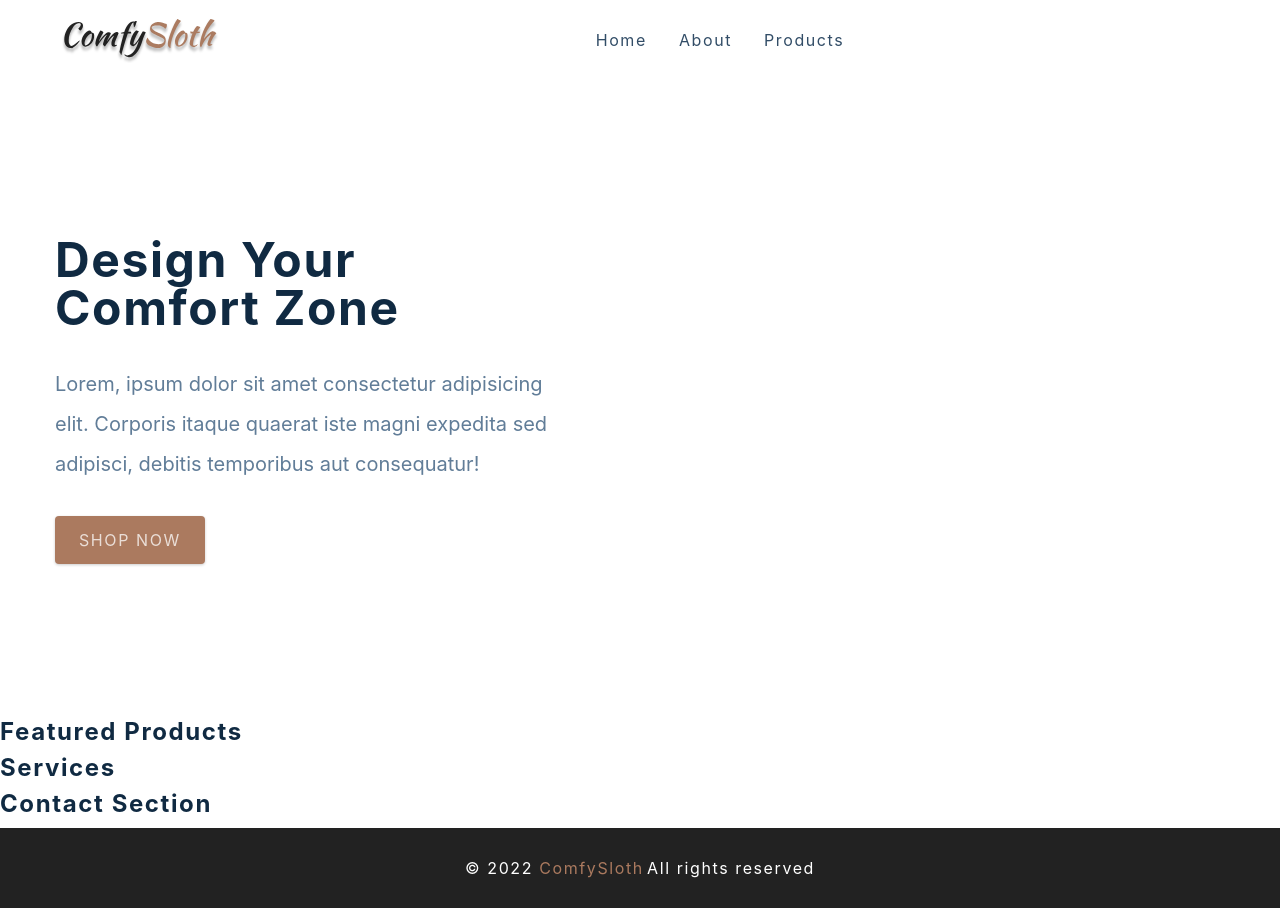
Repository: MateuszWorek/react-comfy-store
Page: /
An editor plug-in stored every save of this project. The page is shown before and after the next save, followed by the edit.
The browser window is 1280 px wide. The pictures show the whole page.
The project was rebuilt for these pictures with package versions that can differ from the ones it lists, and the page was loaded fresh each time. A package was used in the major version that the imports need, not the one package.json lists. Also part of the build but not shown: src/utils/constants.js, src/components/Error.js, src/components/Loading.js, src/utils/helpers.js, src/components/Product.js, src/reducers/cart_reducer.js, src/context/cart_context.js, src/context/user_context.js and 23 more. Imported but missing from the stored project, and not drawn on this page: src/components/AmountButtons.

Above is the page before, as saved 2022-07-13 21:58:02.

### src/index.js
import React from 'react';
import ReactDOM from 'react-dom';
import './index.css';
import App from './App';
import { ProductsProvider } from './context/products_context';
import { FilterProvider } from './context/filter_context';
import { CartProvider } from './context/cart_context';
import { UserProvider } from './context/user_context';
import { Auth0Provider } from '@auth0/auth0-react';

ReactDOM.render(
  <ProductsProvider>
    <App />
  </ProductsProvider>,
  document.getElementById('root')
);

### src/App.js
import React from 'react';
import { BrowserRouter as Router, Switch, Route } from 'react-router-dom';
import { Navbar, Sidebar, Footer } from './components';
import {
  Home,
  SingleProduct,
  Cart,
  Checkout,
  Error,
  About,
  Products,
  PrivateRoute,
} from './pages';

function App() {
  return (
    <Router>
      <Navbar />
      <Sidebar />
      <Switch>
        <Route exact path='/'>
          <Home />
        </Route>
        <Route exact path='/about'>
          <About />
        </Route>
        <Route exact path='cart'>
          <Cart />
        </Route>
        <Route exact path='/products'>
          <Products />
        </Route>
        <Route exact path='/products/:id' children={<SingleProduct />} />
        <Route exact path='/checkout'>
          <Checkout />
        </Route>
        <Route exact path='*'>
          <Error />
        </Route>
      </Switch>
      <Footer />
    </Router>
  );
}

export default App;

### src/context/products_context.js
import axios from 'axios';
import React, { useContext, useEffect, useReducer } from 'react';
import reducer from '../reducers/products_reducer';
import { products_url as url } from '../utils/constants';
import {
  SIDEBAR_OPEN,
  SIDEBAR_CLOSE,
  GET_PRODUCTS_BEGIN,
  GET_PRODUCTS_SUCCESS,
  GET_PRODUCTS_ERROR,
  GET_SINGLE_PRODUCT_BEGIN,
  GET_SINGLE_PRODUCT_SUCCESS,
  GET_SINGLE_PRODUCT_ERROR,
} from '../actions';

const initialState = {
  isSidebarOpen: false,
};

const ProductsContext = React.createContext();

export const ProductsProvider = ({ children }) => {
  const [state, dispatch] = useReducer(reducer, initialState);
  const openSidebar = () => {
    // dispatch({ type: 'SIDEBAR_OPEN' });
    dispatch({ type: SIDEBAR_OPEN });
  };
  const closeSidebar = () => {
    // dispatch({ type: 'SIDEBAR_CLOSE' });
    dispatch({ type: SIDEBAR_CLOSE });
  };

  // useEffect(() => {
  //   openSidebar();
  // }, []);

  return (
    // <ProductsContext.Provider value='products context'>
    //   {children}
    // </ProductsContext.Provider>
    <ProductsContext.Provider value={{ ...state, openSidebar, closeSidebar }}>
      {children}
    </ProductsContext.Provider>
  );
};
// make sure use
export const useProductsContext = () => {
  return useContext(ProductsContext);
};

### src/components/index.js
import FeaturedProducts from './FeaturedProducts'
import Navbar from './Navbar'
import CartButtons from './CartButtons'
import Footer from './Footer'
import Sidebar from './Sidebar'
import Hero from './Hero'
import Services from './Services'
import Contact from './Contact'
import Loading from './Loading'
import Error from './Error'
import ProductImages from './ProductImages'
import AddToCart from './AddToCart'
import Filters from './Filters'
import ProductList from './ProductList'
import Sort from './Sort'
import Stars from './Stars'
import CartContent from './CarContent'
import PageHero from './PageHero'
import StripeCheckout from './StripeCheckout'
export {
  FeaturedProducts,
  Navbar,
  CartButtons,
  Footer,
  Sidebar,
  Hero,
  Services,
  Contact,
  Loading,
  Error,
  ProductImages,
  AddToCart,
  Filters,
  ProductList,
  Sort,
  Stars,
  CartContent,
  PageHero,
  StripeCheckout,
}

### src/pages/index.js
import Home from './HomePage';
import Products from './ProductsPage';
import SingleProduct from './SingleProductPage';
import About from './AboutPage';
import Cart from './CartPage';
import Error from './ErrorPage';
import Checkout from './CheckoutPage';
import PrivateRoute from './PrivateRoute';

export {
  Home,
  Products,
  SingleProduct,
  About,
  Cart,
  Error,
  Checkout,
  PrivateRoute,
};

### src/reducers/products_reducer.js
import {
  SIDEBAR_OPEN,
  SIDEBAR_CLOSE,
  GET_PRODUCTS_BEGIN,
  GET_PRODUCTS_SUCCESS,
  GET_PRODUCTS_ERROR,
  GET_SINGLE_PRODUCT_BEGIN,
  GET_SINGLE_PRODUCT_SUCCESS,
  GET_SINGLE_PRODUCT_ERROR,
} from '../actions';

const products_reducer = (state, action) => {
  if (action.type === SIDEBAR_OPEN) {
    // console.log(state);
    return { ...state, isSidebarOpen: true };
  }
  if (action.type === SIDEBAR_CLOSE) {
    // console.log(state);
    return { ...state, isSidebarOpen: false };
  }
  return state;
  throw new Error(`No Matching "${action.type}" - action type`);
};

export default products_reducer;

### src/actions.js
export const SIDEBAR_OPEN = 'SIDEBAR_OPEN'
export const SIDEBAR_CLOSE = 'SIDEBAR_CLOSE'
export const GET_PRODUCTS_BEGIN = 'GET_PRODUCTS_BEGIN'
export const GET_PRODUCTS_SUCCESS = 'GET_PRODUCTS_SUCCESS'
export const GET_PRODUCTS_ERROR = 'GET_PRODUCTS_ERROR'
export const GET_SINGLE_PRODUCT_BEGIN = 'GET_SINGLE_PRODUCT_BEGIN'
export const GET_SINGLE_PRODUCT_SUCCESS = 'GET_SINGLE_PRODUCT_SUCCESS'
export const GET_SINGLE_PRODUCT_ERROR = 'GET_SINGLE_PRODUCT_ERROR'
export const LOAD_PRODUCTS = 'LOAD_PRODUCTS'
export const SET_GRIDVIEW = 'SET_GRIDVIEW'
export const SET_LISTVIEW = 'SET_LISTVIEW'
export const UPDATE_SORT = 'UPDATE_SORT'
export const SORT_PRODUCTS = 'SORT_PRODUCTS'
export const UPDATE_FILTERS = 'UPDATE_FILTERS'
export const FILTER_PRODUCTS = 'FILTER_PRODUCTS'
export const CLEAR_FILTERS = 'CLEAR_FILTERS'
export const ADD_TO_CART = 'ADD_TO_CART'
export const REMOVE_CART_ITEM = 'REMOVE_CART_ITEM'
export const TOGGLE_CART_ITEM_AMOUNT = 'TOGGLE_CART_ITEM_AMOUNT'
export const CLEAR_CART = 'CLEAR_CART'
export const COUNT_CART_TOTALS = 'COUNT_CART_TOTALS'

### src/components/FeaturedProducts.js
import React from 'react'
import { useProductsContext } from '../context/products_context'
import { Link } from 'react-router-dom'
import styled from 'styled-components'
import Error from './Error'
import Loading from './Loading'
import Product from './Product'

const FeaturedProducts = () => {
  return <h4>featured products</h4>
}

const Wrapper = styled.section`
  background: var(--clr-grey-10);
  .featured {
    margin: 4rem auto;
    display: grid;
    gap: 2.5rem;
    img {
      height: 225px;
    }
  }
  .btn {
    display: block;
    width: 148px;
    margin: 0 auto;
    text-align: center;
  }
  @media (min-width: 576px) {
    .featured {
      grid-template-columns: repeat(auto-fit, minmax(360px, 1fr));
    }
  }
`

export default FeaturedProducts

### src/components/Navbar.js
import React from 'react';
import styled from 'styled-components';
import logo from '../assets/logo.svg';
import { FaBars } from 'react-icons/fa';
import { Link } from 'react-router-dom';
import { links } from '../utils/constants';
import CartButtons from './CartButtons';
import { useProductsContext } from '../context/products_context';
import { useUserContext } from '../context/user_context';

const Nav = () => {
  const { openSidebar } = useProductsContext();
  return (
    <NavContainer>
      <div className='nav-center'>
        <div className='nav-header'>
          <Link to='/'>
            <img src={logo} alt='comfy sloth' />
          </Link>
          <button type='buttton' className='nav-toggle' onClick={openSidebar}>
            <FaBars />
          </button>
        </div>
        <ul className='nav-links'>
          {links.map((link) => {
            const { id, text, url } = link;
            return (
              <li key={id}>
                <Link to={url}>{text}</Link>
              </li>
            );
          })}
        </ul>
      </div>
    </NavContainer>
  );
};

const NavContainer = styled.nav`
  height: 5rem;
  display: flex;
  align-items: center;
  justify-content: center;

  .nav-center {
    width: 90vw;
    margin: 0 auto;
    max-width: var(--max-width);
  }
  .nav-header {
    display: flex;
    align-items: center;
    justify-content: space-between;
    img {
      width: 175px;
      margin-left: -15px;
    }
  }
  .nav-toggle {
    background: transparent;
    border: transparent;
    color: var(--clr-primary-5);
    cursor: pointer;
    svg {
      font-size: 2rem;
    }
  }
  .nav-links {
    display: none;
  }
  .cart-btn-wrapper {
    display: none;
  }
  @media (min-width: 992px) {
    .nav-toggle {
      display: none;
    }
    .nav-center {
      display: grid;
      grid-template-columns: auto 1fr auto;
      align-items: center;
    }
    .nav-links {
      display: flex;
      justify-content: center;
      li {
        margin: 0 0.5rem;
      }
      a {
        color: var(--clr-grey-3);
        font-size: 1rem;
        text-transform: capitalize;
        letter-spacing: var(--spacing);
        padding: 0.5rem;
        &:hover {
          border-bottom: 2px solid var(--clr-primary-7);
        }
      }
    }
    .cart-btn-wrapper {
      display: grid;
    }
  }
`;

export default Nav;

### src/components/CartButtons.js
import React from 'react';
import { FaShoppingCart, FaUserMinus, FaUserPlus } from 'react-icons/fa';
import { Link } from 'react-router-dom';
import styled from 'styled-components';
import { useProductsContext } from '../context/products_context';
import { useCartContext } from '../context/cart_context';
import { useUserContext } from '../context/user_context';

const CartButtons = () => {
  const { closeSidebar } = useProductsContext();

  return (
    <Wrapper className='cart-btn-wrapper'>
      <Link to='/cart' className='cart-btn' onClick={closeSidebar}>
        Cart{' '}
        <span className='cart-container'>
          <FaShoppingCart />
          <span className='cart-value'>12</span>
        </span>
      </Link>
      <button type='button' className='auth-btn'>
        Login <FaUserPlus />
      </button>
    </Wrapper>
  );
};

const Wrapper = styled.div`
  display: grid;
  grid-template-columns: 1fr 1fr;
  align-items: center;
  width: 225px;

  .cart-btn {
    color: var(--clr-grey-1);
    font-size: 1.5rem;
    letter-spacing: var(--spacing);
    color: var(--clr-grey-1);
    display: flex;

    align-items: center;
  }
  .cart-container {
    display: flex;
    align-items: center;
    position: relative;
    svg {
      height: 1.6rem;
      margin-left: 5px;
    }
  }
  .cart-value {
    position: absolute;
    top: -10px;
    right: -16px;
    background: var(--clr-primary-5);
    width: 16px;
    height: 16px;
    display: flex;
    align-items: center;
    justify-content: center;
    border-radius: 50%;
    font-size: 0.75rem;
    color: var(--clr-white);
    padding: 12px;
  }
  .auth-btn {
    display: flex;
    align-items: center;
    background: transparent;
    border-color: transparent;
    font-size: 1.5rem;
    cursor: pointer;
    color: var(--clr-grey-1);
    letter-spacing: var(--spacing);
    svg {
      margin-left: 5px;
    }
  }
`;
export default CartButtons;

### src/components/Footer.js
import React from 'react';
import styled from 'styled-components';
const Footer = () => {
  return (
    <Wrapper>
      <h5>
        &copy; {new Date().getFullYear()}
        <span> ComfySloth</span>
      </h5>
      <h5>All rights reserved</h5>
    </Wrapper>
  );
};

const Wrapper = styled.footer`
  height: 5rem;
  display: flex;
  flex-direction: column;
  justify-content: center;
  align-items: center;
  background: var(--clr-black);
  text-align: center;
  span {
    color: var(--clr-primary-5);
  }
  h5 {
    color: var(--clr-white);
    margin: 0.1rem;

    font-weight: 400;
    text-transform: none;
    line-height: 1.25;
  }
  @media (min-width: 776px) {
    flex-direction: row;
  }
`;

export default Footer;

### src/components/Sidebar.js
import React from 'react';
import logo from '../assets/logo.svg';
import { Link } from 'react-router-dom';
import { useProductsContext } from '../context/products_context';
import { FaTimes } from 'react-icons/fa';
import { links } from '../utils/constants';
import styled from 'styled-components';
import CartButtons from './CartButtons';
import { useUserContext } from '../context/user_context';

const Sidebar = () => {
  const { isSidebarOpen, closeSidebar } = useProductsContext();

  return (
    <SidebarContainer>
      <aside
        className={`${isSidebarOpen ? 'sidebar show-sidebar' : 'sidebar'}`}
      >
        <div className='sidebar-header'>
          <img src={logo} className='logo' alt='comfy sloth' />
          <button type='button' className='close-btn' onClick={closeSidebar}>
            <FaTimes />
          </button>
        </div>
        <ul className='links'>
          {links.map(({ id, text, url }) => {
            return (
              <li key={id}>
                <Link to={url} onClick={closeSidebar}>
                  {text}
                </Link>
              </li>
            );
          })}
          <li>
            <Link to='checkout' onClick={closeSidebar}>
              checkout
            </Link>
          </li>
        </ul>
        <CartButtons />
      </aside>
    </SidebarContainer>
  );
};

const SidebarContainer = styled.div`
  text-align: center;
  .sidebar-header {
    display: flex;
    justify-content: space-between;
    align-items: center;
    padding: 1rem 1.5rem;
  }
  .close-btn {
    font-size: 2rem;
    background: transparent;
    border-color: transparent;
    color: var(--clr-primary-5);
    transition: var(--transition);
    cursor: pointer;
    color: var(--clr-red-dark);
    margin-top: 0.2rem;
  }
  .close-btn:hover {
    color: var(--clr-red-light);
  }
  .logo {
    justify-self: center;
    height: 45px;
  }
  .links {
    margin-bottom: 2rem;
  }
  .links a {
    display: block;
    text-align: left;
    font-size: 1rem;
    text-transform: capitalize;
    padding: 1rem 1.5rem;
    color: var(--clr-grey-3);
    transition: var(--transition);
    letter-spacing: var(--spacing);
  }

  .links a:hover {
    padding: 1rem 1.5rem;
    padding-left: 2rem;
    background: var(--clr-grey-10);
    color: var(--clr-grey-2);
  }

  .sidebar {
    position: fixed;
    top: 0;
    left: 0;
    width: 100%;
    height: 100%;
    background: var(--clr-white);
    transition: var(--transition);
    transform: translate(-100%);
    z-index: -1;
  }
  .show-sidebar {
    transform: translate(0);
    z-index: 999;
  }
  .cart-btn-wrapper {
    margin: 2rem auto;
  }
  @media screen and (min-width: 992px) {
    .sidebar {
      display: none;
    }
  }
`;

export default Sidebar;

### src/components/Hero.js
import React from 'react';
import styled from 'styled-components';
import { Link } from 'react-router-dom';
import heroBcg from '../assets/hero-bcg.jpeg';
import heroBcg2 from '../assets/hero-bcg-2.jpeg';

const Hero = () => {
  return (
    <Wrapper className='section-center'>
      <article className='content'>
        <h1>
          design your <br />
          comfort zone
        </h1>
        <p>
          Lorem, ipsum dolor sit amet consectetur adipisicing elit. Corporis
          itaque quaerat iste magni expedita sed adipisci, debitis temporibus
          aut consequatur!
        </p>
        <Link to='/products' className='btn hero-btn'>
          shop now
        </Link>
      </article>
    </Wrapper>
  );
};

const Wrapper = styled.section`
  min-height: 60vh;
  display: grid;
  place-items: center;
  .img-container {
    display: none;
  }

  p {
    line-height: 2;
    max-width: 45em;
    margin-bottom: 2rem;
    color: var(--clr-grey-5);
    font-size: 1rem;
  }
  @media (min-width: 992px) {
    height: calc(100vh - 5rem);
    grid-template-columns: 1fr 1fr;
    gap: 8rem;
    h1 {
      margin-bottom: 2rem;
    }
    p {
      font-size: 1.25rem;
    }
    .hero-btn {
      padding: 0.75rem 1.5rem;
      font-size: 1rem;
    }
    .img-container {
      display: block;
      position: relative;
    }
    .main-img {
      width: 100%;
      height: 550px;
      position: relative;
      border-radius: var(--radius);
      display: block;
      object-fit: cover;
    }
    .accent-img {
      position: absolute;
      bottom: 0;
      left: 0;
      width: 250px;
      transform: translateX(-50%);
      border-radius: var(--radius);
    }
    .img-container::before {
      content: '';
      position: absolute;
      width: 10%;
      height: 80%;
      background: var(--clr-primary-9);
      bottom: 0%;
      left: -8%;
      border-radius: var(--radius);
    }
  }
`;

export default Hero;

### src/components/Services.js
import React from 'react'
import styled from 'styled-components'
import { services } from '../utils/constants'

const Services = () => {
  return <h4>services </h4>
}

const Wrapper = styled.section`
  h3,
  h4 {
    color: var(--clr-primary-1);
  }
  padding: 5rem 0;

  background: var(--clr-primary-10);

  .header h3 {
    margin-bottom: 2rem;
  }
  p {
    margin-bottom: 0;
    line-height: 1.8;
    color: var(--clr-primary-3);
  }
  .services-center {
    margin-top: 4rem;
    display: grid;
    gap: 2.5rem;
  }
  .service {
    background: var(--clr-primary-7);
    text-align: center;
    padding: 2.5rem 2rem;
    border-radius: var(--radius);
    p {
      color: var(--clr-primary-2);
    }
  }
  span {
    width: 4rem;
    height: 4rem;
    display: grid;
    margin: 0 auto;
    place-items: center;
    margin-bottom: 1rem;
    border-radius: 50%;
    background: var(--clr-primary-10);
    color: var(--clr-primary-1);
    svg {
      font-size: 2rem;
    }
  }
  @media (min-width: 992px) {
    .header {
      display: grid;
      grid-template-columns: 1fr 1fr;
    }
  }
  @media (min-width: 576px) {
    .services-center {
      grid-template-columns: repeat(auto-fit, minmax(360px, 1fr));
    }
  }
  @media (min-width: 1280px) {
    padding: 0;
    .section-center {
      transform: translateY(5rem);
    }
  }
`
export default Services

### src/components/Contact.js
import React from 'react'
import styled from 'styled-components'

const Contact = () => {
  return <h4>contact section</h4>
}
const Wrapper = styled.section`
  padding: 5rem 0;
  h3 {
    text-transform: none;
  }
  p {
    line-height: 2;
    max-width: 45em;
    color: var(--clr-grey-5);
  }
  .contact-form {
    width: 90vw;
    max-width: 500px;
    display: grid;
    grid-template-columns: 1fr auto;
  }

  .form-input,
  .submit-btn {
    font-size: 1rem;
    padding: 0.5rem 1rem;
    border: 2px solid var(--clr-black);
  }
  .form-input {
    border-right: none;
    color: var(--clr-grey-3);
    border-top-left-radius: var(--radius);
    border-bottom-left-radius: var(--radius);
  }
  .submit-btn {
    border-top-right-radius: var(--radius);
    border-bottom-right-radius: var(--radius);
  }
  .form-input::placeholder {
    color: var(--clr-black);
    text-transform: capitalize;
  }
  .submit-btn {
    background: var(--clr-primary-5);
    text-transform: capitalize;
    letter-spacing: var(--spacing);
    cursor: pointer;
    transition: var(--transition);
    color: var(--clr-black);
  }
  .submit-btn:hover {
    color: var(--clr-white);
  }
  @media (min-width: 992px) {
    .content {
      display: grid;
      grid-template-columns: 1fr 1fr;
      align-items: center;
      gap: 8rem;
      margin-top: 2rem;
    }
    p {
      margin-bottom: 0;
    }
  }
  @media (min-width: 1280px) {
    padding: 15rem 0;
  }
`

export default Contact

### src/pages/HomePage.js
import React from 'react';
import { FeaturedProducts, Hero, Services, Contact } from '../components';

const HomePage = () => {
  return (
    <main>
      <Hero />
      <FeaturedProducts />
      <Services />
      <Contact />
    </main>
  );
};

export default HomePage;

Loaded but not shown: public/index.html (common file); src/index.css (common file)

After the next save:
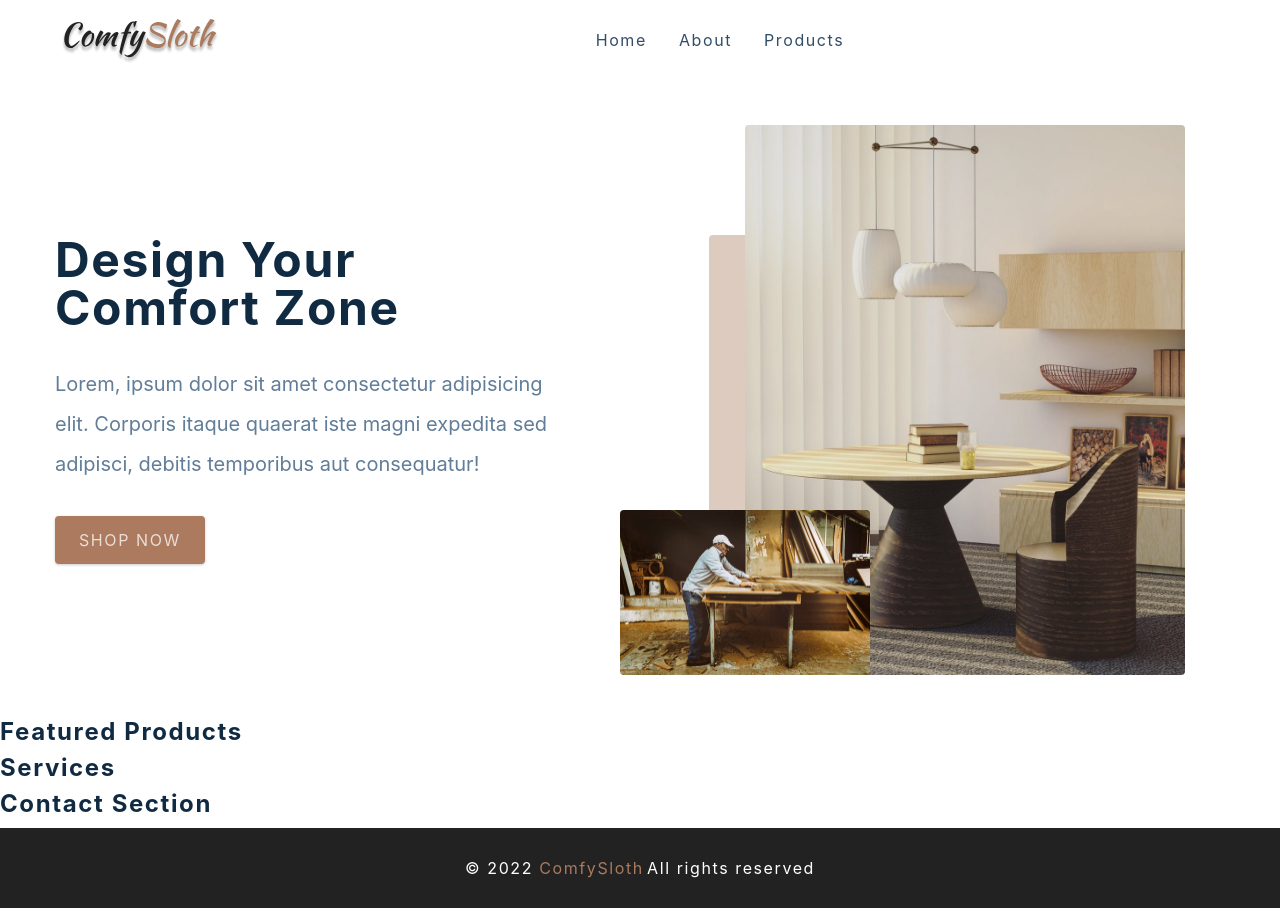
Saved 84 s later.
--- a/src/components/Hero.js
+++ b/src/components/Hero.js
@@ -20,6 +20,10 @@ const Hero = () => {
         <Link to='/products' className='btn hero-btn'>
           shop now
         </Link>
+      </article>
+      <article className='img-container'>
+        <img src={heroBcg} alt='nice table' className='main-img' />
+        <img src={heroBcg2} alt='person working' className='accent-img' />
       </article>
     </Wrapper>
   );
